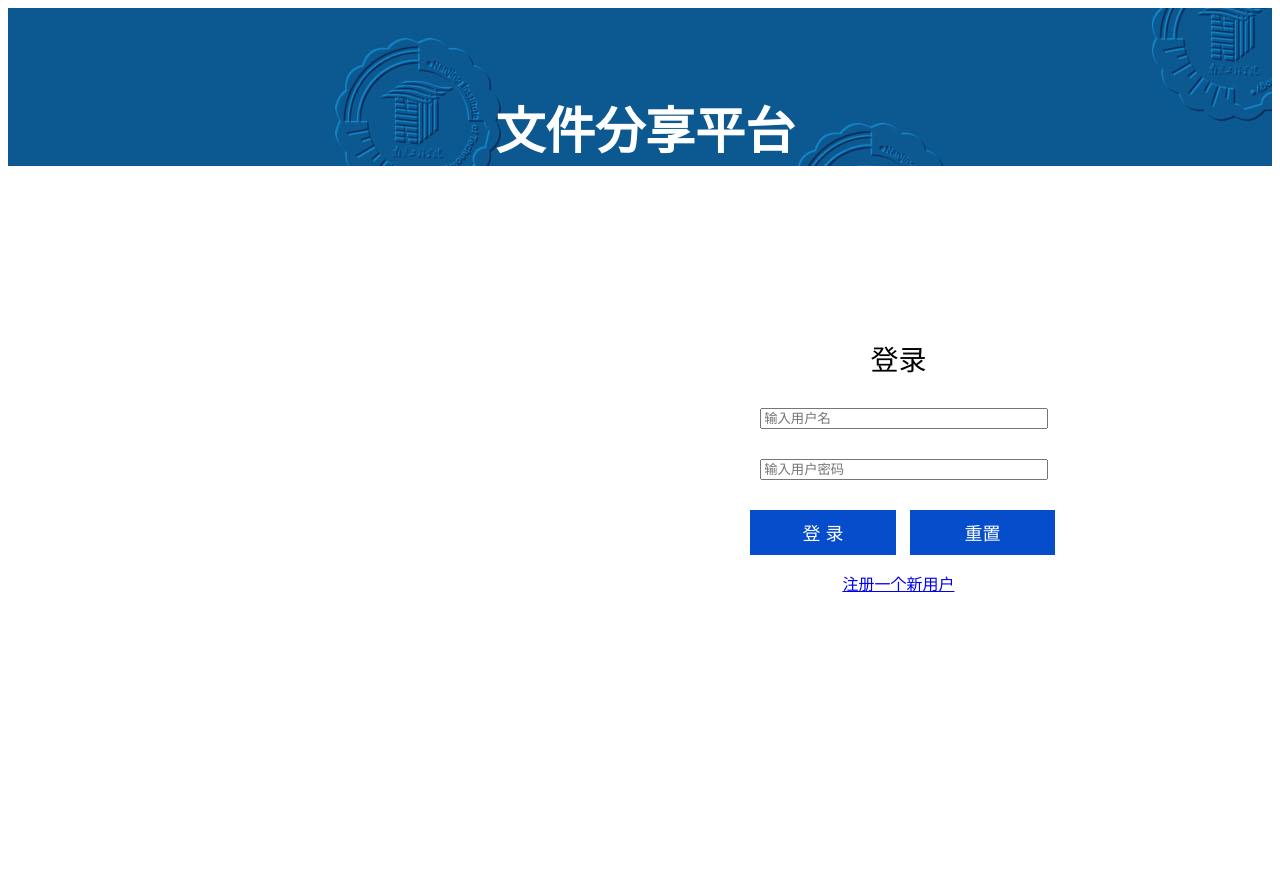
Repository: shunchensaber/Javaweb
Page: http://localhost/Web/Login_deal.jsp
The author's editor kept a copy of each file at every save. The page is drawn from the files as they stood at one save, then again after the next save.
The browser window is 1280 px wide. The pictures show the whole page.
The page is served by Tomcat 9.

Above is the page before, as saved 2019-04-01 10:26:36.

After the next save:
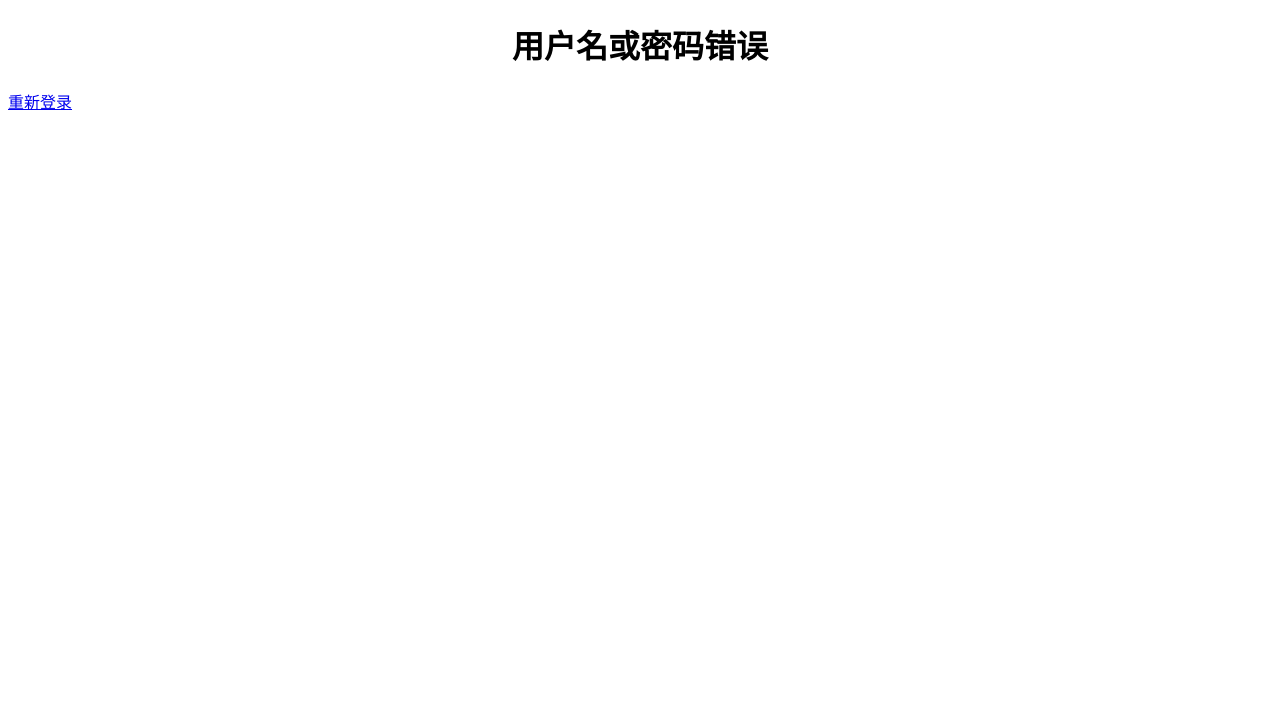
Saved 23 s later.
--- a/Web/WebContent/Login_deal.jsp
+++ b/Web/WebContent/Login_deal.jsp
@@ -7,7 +7,7 @@
 <title>Check login</title>
 </head>
 <body>
-<jsp:forward page="MyHomePage.jsp"></jsp:forward>
+<jsp:forward page="error.html"></jsp:forward>
 
 
 
